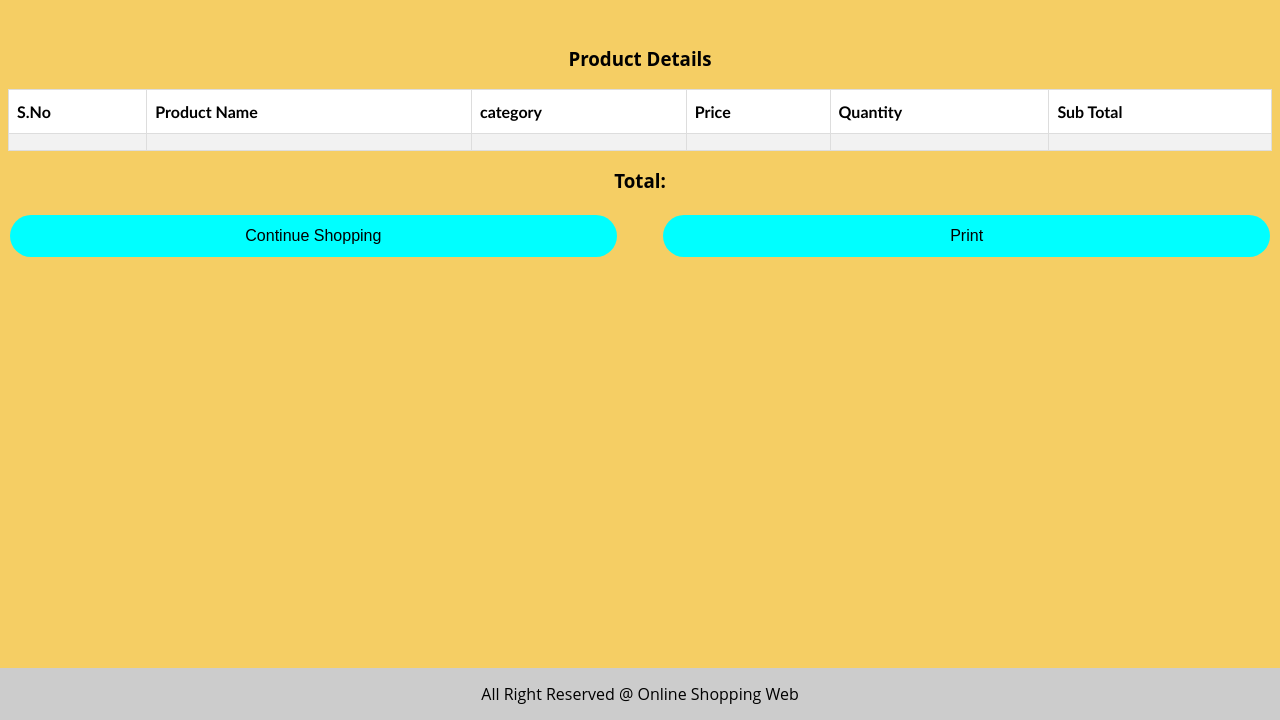
Repository: alokguriya/Sample_Project
Page: http://localhost/Online_Shopping_Project/bill.jsp
These files come from the project's save history. The page is drawn as it stood at one moment and after the next save; the edit follows.
The browser window is 1280 px wide. The pictures show the whole page.
The page is served by Tomcat 9. The session is filled in as if someone had signed in: {"email": "test@example.com"}. Queries for data that is not in the repository find no rows.

Above is the page before, as saved 2021-09-07 04:47:41.

After the next save:
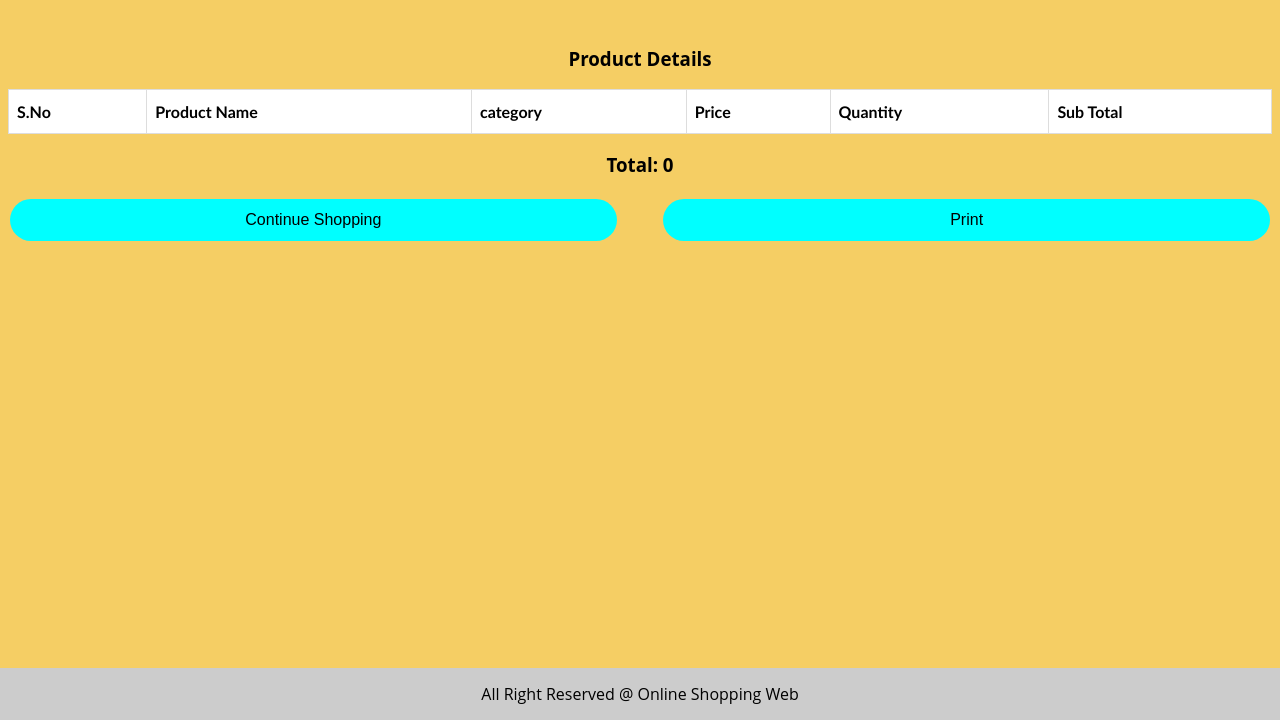
Saved 2 h 18 min later.
--- a/Online Shopping Web [Completed]/Project/Online Shopping Project/src/main/webapp/bill.jsp
+++ b/Online Shopping Web [Completed]/Project/Online Shopping Project/src/main/webapp/bill.jsp
@@ -60,19 +60,25 @@
     <th>Quantity</th>
      <th>Sub Total</th>
   </tr>
+  <%
+  	ResultSet rs1=st.executeQuery("select * from cart  inner join product where cart.product_id=product_id  and cart.email='"+email+"' and cart.status='bill'");
+  	while(rs1.next())
+  	{
+  		sno=sno+1;
 
+  %>
   <tr>
-    <td></td>
-    <td></td>
-    <td></td>
-    <td></td>
-    <td></td>
-     <td></td>
+    <td> <% out.println(sno); %> </td>
+    <td> <%= rs1.getString(17)  %> </td>
+    <td> <%= rs1.getString(18)  %> </td>
+    <td> <%= rs1.getString(19)  %> </td>
+    <td> <%= rs1.getString(3)  %> </td>
+    <td> <%= rs1.getString(5)  %></td>
   </tr>
   <tr>
-
+<%} %>
 </table>
-<h3>Total: </h3>
+<h3>Total: <% out.println(total); %> </h3>
 <a href="continueShopping.jsp"><button class="button left-button">Continue Shopping</button></a>
 <a onclick="window.print();"><button class="button right-button">Print</button></a>
 <br><br><br><br>
